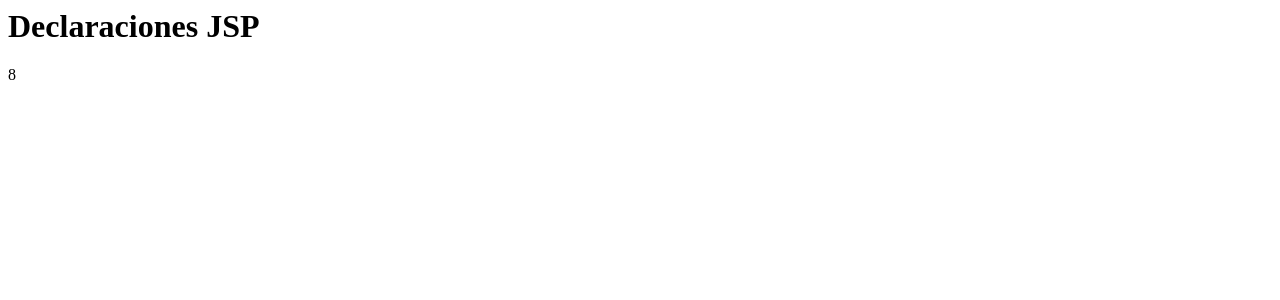
Repository: daniunizar/TrasteoBBDDJson
Page: http://localhost/jsp01/04declaraciones.jsp
These files come from the project's save history. The page is drawn as it stood at one moment and after the next save; the edit follows.
The browser window is 1280 px wide. The pictures show the whole page.
The page is served by Tomcat 9. Other server files are loaded and not shown.

Above is the page before, as saved 2021-09-01 14:49:13.

### jsp01/src/main/webapp/04declaraciones.jsp
<html>
<body>
<h1>Declaraciones JSP</h1>
<%!
	private String nombre = "Dani";
	private int edad = 15;
	int resultado;
	public int metodoSuma(int num1, int num2){
		resultado = num1 + num2;
		return resultado;
	}

	public int metodoResta(int num1, int num2){
		resultado = num1 - num2;
		return resultado;
	}

	public int metodoMultiplica(int num1, int num2){
		resultado = num1 * num2;
		return resultado;
	}
%>

<%= metodoSuma(5, 3)%>
</body>
</html>

After the next save:
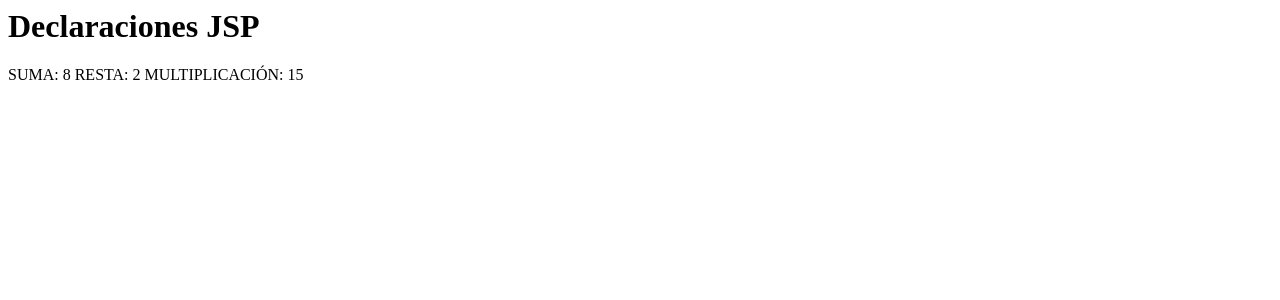
Saved 39 s later.
--- a/jsp01/src/main/webapp/04declaraciones.jsp
+++ b/jsp01/src/main/webapp/04declaraciones.jsp
@@ -21,6 +21,8 @@
 	}
 %>
 
-<%= metodoSuma(5, 3)%>
+SUMA: <%= metodoSuma(5, 3)%>
+RESTA: <%= metodoResta(5, 3)%>
+MULTIPLICACIÓN: <%= metodoMultiplica(5, 3)%>
 </body>
 </html>
